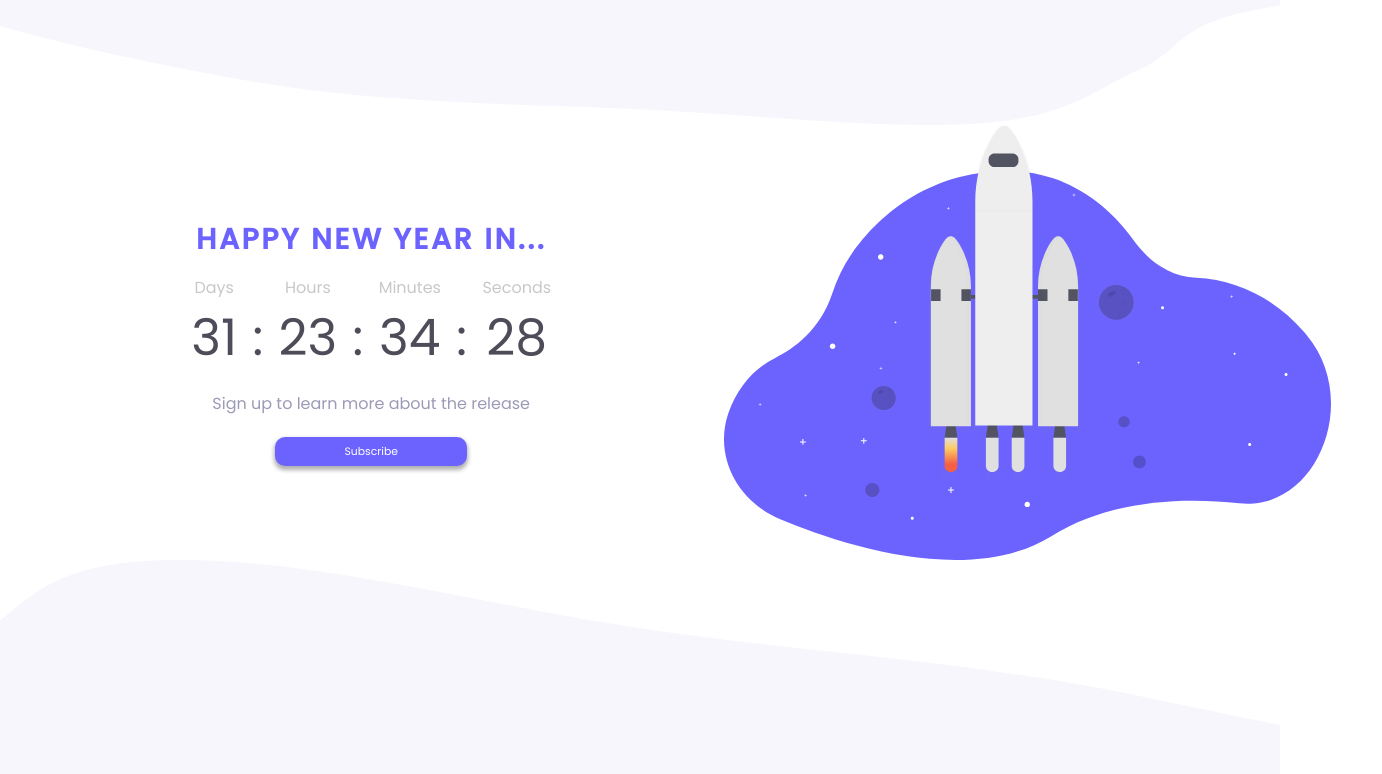
Repository: BrunoBross/countdown
Page: index.html
These files come from the project's save history. The page is drawn as it stood at one moment and after the next save; the edit follows.
The browser window is 1280 px wide. The page is 1382 px wide, so the pictures cover 1382 px, including what lies to the right of the window. The pictures show the whole page.

Above is the page before, as saved 2021-11-30 01:29:44.

### index.html
<!DOCTYPE html>
<html lang="en">
<head>
  <meta charset="UTF-8">
  <meta http-equiv="X-UA-Compatible" content="IE=edge">
  <meta name="viewport" content="width=device-width, initial-scale=1.0">
  <link rel="shortcut icon" href="assets/rocket.svg" type="image/x-icon" />
  <title>Countdown</title>
  <link rel="stylesheet" href="./style.css">
  <link rel="preconnect" href="https://fonts.googleapis.com">
  <link rel="preconnect" href="https://fonts.gstatic.com" crossorigin>
  <link href="https://fonts.googleapis.com/css2?family=Poppins:wght@300;400;500&display=swap" rel="stylesheet">
</head>
<body>
  <div class="background">
    <img class="image" id="top" src="./assets/top-image.svg" alt="">
    <div class="center">
      <div class="content">
        <h1>HAPPY NEW YEAR IN...</h1>
        <div class="clock">
          <div class="time" id="days">
            <p>Days</p>
            <h1>00</h1>
          </div>
          <div class="time"><h1>:</h1></div>
          <div class="time" id="hours">
            <p>Hours</p>
            <h1>00</h1>
          </div>
          <div class="time"><h1>:</h1></div>
          <div class="time" id="minutes">
            <p>Minutes</p>
            <h1>00</h1>
          </div>
          <div class="time"><h1>:</h1></div>
          <div class="time" id="seconds">
            <p>Seconds</p>
            <h1>00</h1>
          </div>
        </div>
        <p>Sign up to learn more about the release</p>
        <button class="subscribe">Subscribe</button>
      </div>
      <img id="rocket" src="./assets/rocket.svg" alt="">
    </div>
    <img class="image" id="bottom" src="./assets/bottom-image.svg" alt="">
  </div>
</body>

<script src="./script.js"></script>
</html>

### style.css
*{
  padding: 0;
  margin: 0;
}

body{
  background-color: #FFF;
}

.background{
  height: 100vh;
  display: flex;
  flex-direction: column;
  justify-content: space-between;
}

.center{
  padding: 0 4vw;
  display: flex;
  justify-content: space-between;
  flex-wrap: wrap;
  width: 100vw;
}

.image{
  width: 100vw;
}

.clock{
  margin: 2vh 0;
  display: flex;
  gap: 1.2vw;
  align-items: flex-end;
  flex-wrap: wrap;
}

.time{
  display: flex;
  flex-direction: column;
  justify-content: center;
  align-items: center;
}

.time > p{
  font-family: 'Poppins', 'sans-serif';
  color: #C8C8C8;
}

.time > h1{
  font-family: 'Poppins', 'sans-serif';
  color: #4D4C59;
  font-size: 7vh;
  font-weight: 400;
}

.content{
  width: 50vw;
  display: flex;
  flex-direction: column;
  justify-content: center;
  align-items: center;
}

.content > h1{
  color: #6C63FF;
  font-family: 'Poppins', 'sans-serif';
  font-weight: 700;
  font-size: 4vh;
  letter-spacing: 0.2vw;
}

.content > p{
  font-family: 'Poppins', 'sans-serif';
  font-weight: 400;
  color: #9C9AB6;
}

.subscribe{
  margin-top: 3vh;
  width: 15vmax;
  height: 4vh;
  border: none;
  background-color: #6C63FF;
  border-radius: 10px;
  font-family: 'Poppins', 'sans-serif';
  font-weight: 400;
  font-size: 1.5vh;
  color: #FFF;
  box-shadow: 0 3px 4px 1px #00000050;
  cursor: pointer;
  transition: 0.2s;
}

.subscribe:hover{
  filter: brightness(0.9);
}

@media only screen and (max-width: 375px) {
  #rocket{
    display: none;
  }

  .center{
    justify-content: center;
  }

}

### script.js
// Set the date we're counting down to
var countDownDate = new Date("Jan 1, 2022 00:00:00").getTime();

// Update the count down every 1 second
var x = setInterval(function() {

  // Get today's date and time
  var now = new Date().getTime();

  // Find the distance between now and the count down date
  var distance = countDownDate - now;

  // Time calculations for days, hours, minutes and seconds
  var days = Math.floor(distance / (1000 * 60 * 60 * 24));
  var hours = Math.floor((distance % (1000 * 60 * 60 * 24)) / (1000 * 60 * 60));
  var minutes = Math.floor((distance % (1000 * 60 * 60)) / (1000 * 60));
  var seconds = Math.floor((distance % (1000 * 60)) / 1000);
  if(String(days).length == 1){
    days = '0'+days
  }
  if(String(hours).length == 1){
    hours = '0'+hours
  }
  if(String(minutes).length == 1){
    minutes = '0'+minutes
  }
  if(String(seconds).length == 1){
    seconds = '0'+seconds
  }

  // Display the result in the element with id="demo"
  document.querySelector("#days > h1").innerHTML = days
  document.querySelector("#hours > h1").innerHTML = hours
  document.querySelector("#minutes > h1").innerHTML = minutes
  document.querySelector("#seconds > h1").innerHTML = seconds

  // If the count down is finished, write some text
  if (distance < 0) {
    clearInterval(x);
    document.querySelector(".content > h1").innerHTML = "NEW YEAR!!";
  }
}, 1000);

After the next save:
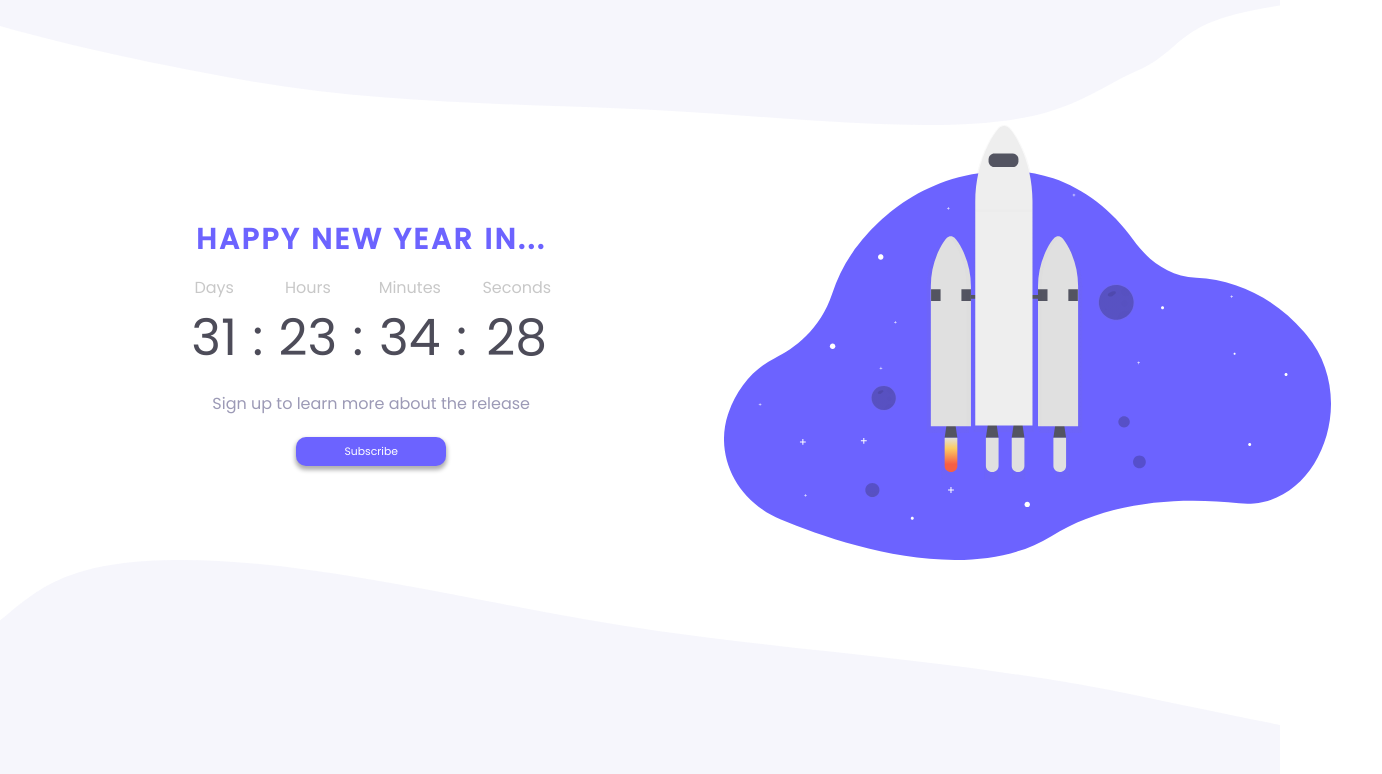
Saved 4 s later.
--- a/style.css
+++ b/style.css
@@ -77,7 +77,7 @@ body{
 
 .subscribe{
   margin-top: 3vh;
-  width: 15vmax;
+  width: 150px;
   height: 4vh;
   border: none;
   background-color: #6C63FF;
